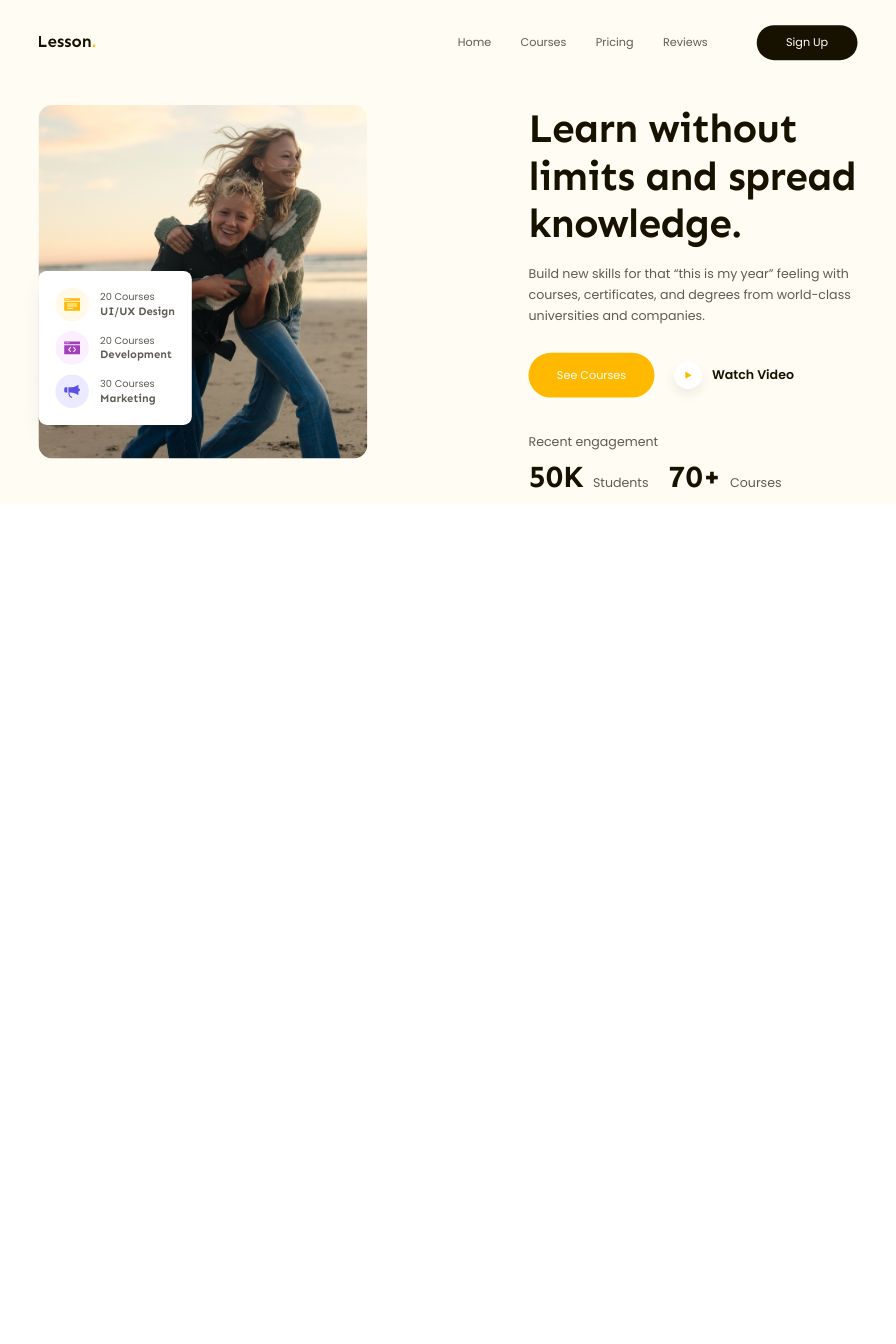
Repository: tinhtranjp/htmlcss-01
Page: index.html
The author's editor kept a copy of each file at every save. The page is drawn from the files as they stood at one save, then again after the next save.
The browser window is 1280 px wide. The pictures show the part of the page from y = 0 to 1920 px (the page is 5000 px tall), at 70% of full size.

Above is the page before, as saved 2023-01-20 02:43:16.

After the next save:
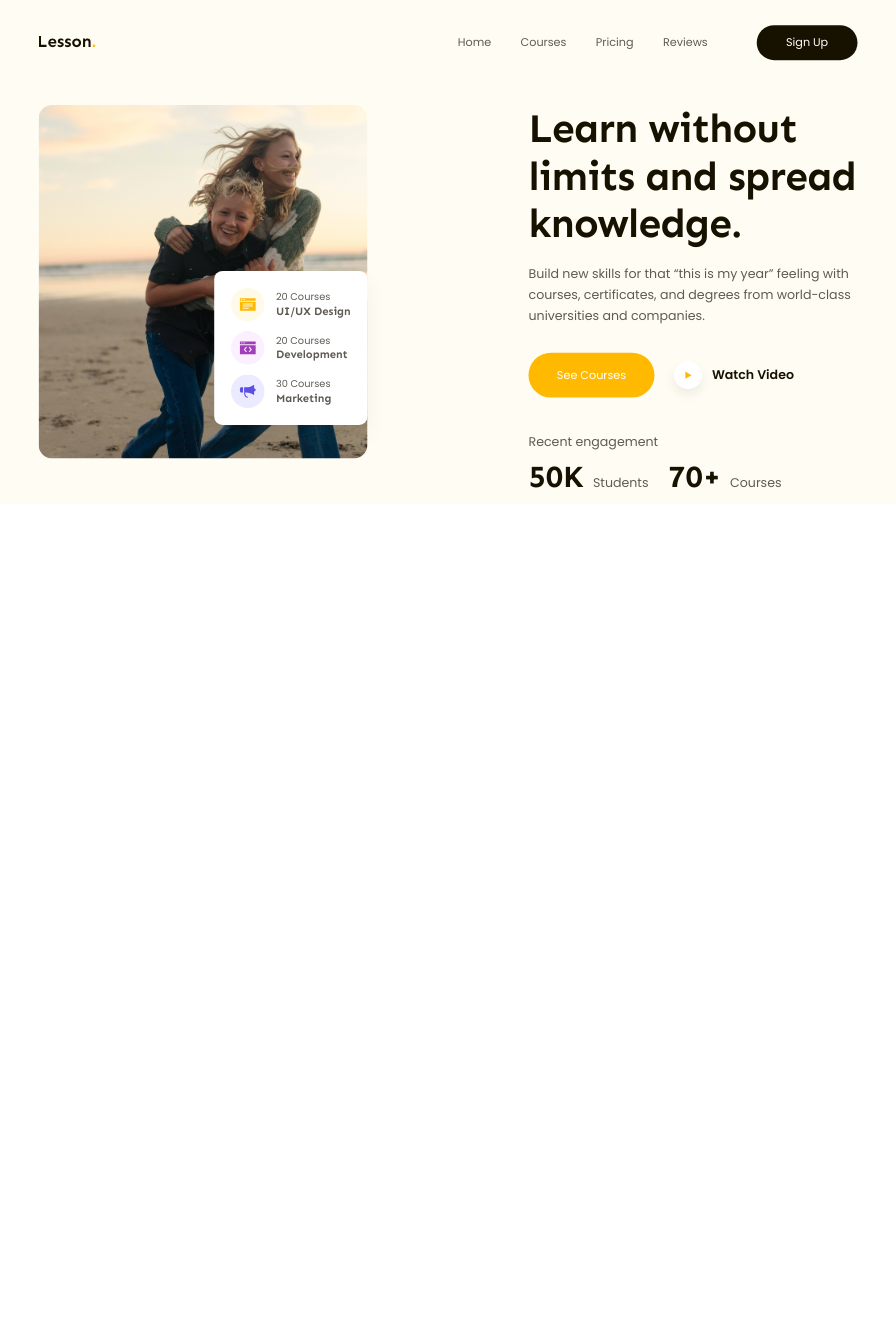
Saved 10 s later.
--- a/assets/css/styles.css
+++ b/assets/css/styles.css
@@ -100,7 +100,7 @@
   padding: 24px;
   border-radius: 12px;
   bottom: 48px;
-  /* right: 135px; */
+  right: 0;
   box-shadow: 0px 16px 32px rgba(0, 0, 0, 0.05);
 }
 
